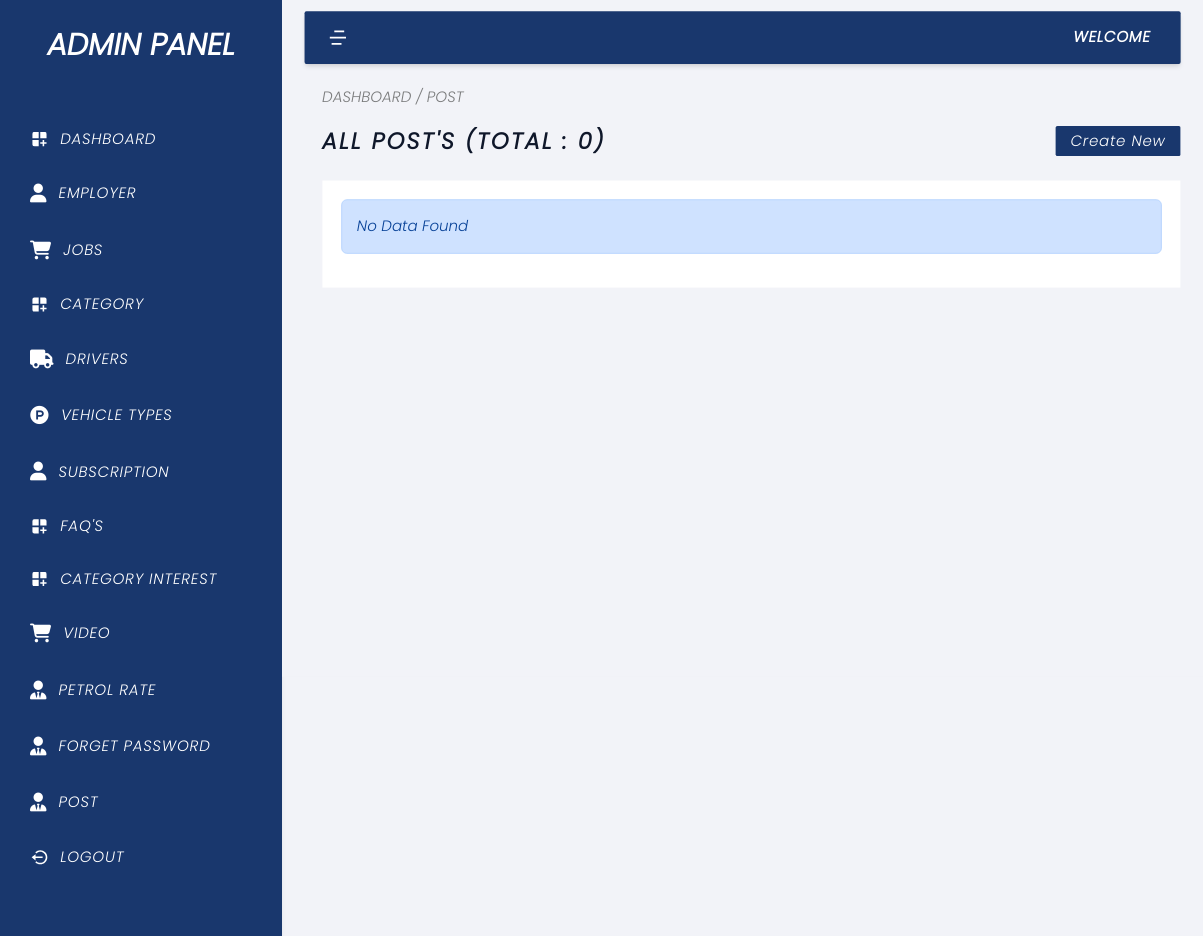
Repository: FlyweisReact/Grish-Job-Panel
Page: /post
An editor plug-in stored every save of this project. The page is shown before and after the next save, followed by the edit.
The browser window is 1280 px wide. The pictures show the whole page, at 94% of full size.
The page's requests for data from a server got no answer. Some web libraries are served in a nearby version. The project was rebuilt for these pictures with package versions that can differ from the ones it lists, and the page was loaded fresh each time. No one was signed in, and anything a server would have sent is missing. Also part of the build but not shown: src/E-CommerceAdmin/forms/Login.jsx, src/Repository/Employer.js, src/E-CommerceAdmin/pages/Dashboard.jsx, src/E-CommerceAdmin/pages/ECategory.js, src/E-CommerceAdmin/pages/EProduct.js, src/E-CommerceAdmin/pages/EAdminOrders.js, src/E-CommerceAdmin/pages/EAdminDelivery.js, src/E-CommerceAdmin/pages/EAdminCustomer.js and 9 more.

Above is the page before, as saved 2023-06-19 12:22:36.

### public/index.html
<!-- @format -->

<!DOCTYPE html>
<html lang="en">
  <head>
    <meta charset="utf-8" />
    <meta name="viewport" content="width=device-width, initial-scale=1" />
    <meta name="theme-color" content="#000000" />
    <meta
      name="description"
      content="Web site created using create-react-app"
    />
    <link rel="icon" href="%PUBLIC_URL%/favicon.png" />
    <link rel="preconnect" href="https://fonts.googleapis.com">
<link rel="preconnect" href="https://fonts.gstatic.com" crossorigin>
<link href="https://fonts.googleapis.com/css2?family=Roboto+Mono:ital,wght@1,300&display=swap" rel="stylesheet">
    <title>Gadi Driver</title>
  </head>
  <body>
    <noscript>You need to enable JavaScript to run this app.</noscript>
    <div id="root"></div>
    <script src="https://code.jquery.com/jquery-3.6.0.min.js"></script>
    <script src="https://kit.fontawesome.com/b533b351e4.js" crossorigin="anonymous"></script>
  </body>
</html>

### src/index.js
import React from "react";
import ReactDOM from "react-dom/client";
import "./index.css";
import App from "./App";
import { BrowserRouter } from "react-router-dom";
import 'bootstrap/dist/css/bootstrap.min.css'

const root = ReactDOM.createRoot(document.getElementById("root"));
root.render(
  <React.StrictMode>
    <BrowserRouter>
      <App />
    </BrowserRouter>
  </React.StrictMode>
);

### src/index.css
/** @format */

@tailwind base;
@tailwind components;
@tailwind utilities;

@import url("https://fonts.googleapis.com/css2?family=Roboto+Mono:ital,wght@1,300&display=swap");
@font-face {
  font-family: Roboto;
  src: url("./Fonts/Poppins-LightItalic.ttf");
}

body {
  margin: 0;
  font-family: Roboto !important;
  -webkit-font-smoothing: antialiased;
  -moz-osx-font-smoothing: grayscale;
}

code {
  font-family: Roboto !important;
}

html {
  font-family: Roboto !important;
}

::-webkit-scrollbar {
  width: 10px;
}
.fa-trash {
  color: red;
  cursor: pointer;
}

.iCOn {
  transition: 0.5s;
  box-shadow: none;
  transform: scale(1);
}
.cardDiv {
  cursor: pointer;
}

.cardDiv:hover .iCOn {
  box-shadow: rgba(0, 0, 0, 0.35) 0px 5px 15px;
  transform: scale(1.3);
}

/* Track */
::-webkit-scrollbar-track {
  background: #f1f1f1;
}

/* Handle */
::-webkit-scrollbar-thumb {
  background: #888;
}

/* Handle on hover */
::-webkit-scrollbar-thumb:hover {
  background: #555;
}
.profileImage {
  width: 100px;
}
.fa-eye {
  color: #029aff;
  cursor: pointer;
}
.fa-edit {
  cursor: pointer;
  color: blue;
}

.View {
  border: 1px solid black;
  width: 100%;
  padding: 10px;
}

.main-card--container {
  display: grid;
  grid-template-columns: repeat(3, minmax(300px, 500px));
  grid-gap: 50px;
  justify-content: space-around;
}
.card-container {
  margin: 25px 0 auto;
  box-shadow: rgba(0, 0, 0, 0.35) 0px 5px 15px;
  position: relative;
  display: grid;
  grid-template-columns: 1fr;
  justify-content: space-around;
  align-items: flex-start;
}

.myEdit:focus {
  box-shadow: rgba(0, 0, 0, 0.35) 0px 5px 15px;
}

.AstroLogin {
  color: #fff;
  background-color: #2b7a8e;
  padding: 10px;
  width: 380px;
  text-align: center;
  font-size: 20px;
  background: linear-gradient(to left, #2b7a8e 50%, #fff 50%) right;
  background-size: 200%;
  transition: 0.5s ease-out;
  border: 1px solid #2b7a8e;
  margin-top: 10px;
  text-transform: uppercase;
}
.AstroLogin:hover {
  background-position: left;
  color: #2b7a8e;
}

.EcommerceAdminLogin {
  color: #fff;
  background-color: #19376d;
  padding: 10px;
  width: 380px;
  text-align: center;
  font-size: 20px;
  background: linear-gradient(to left, #19376d 50%, #fff 50%) right;
  background-size: 200%;
  transition: 0.5s ease-out;
  border: 1px solid #19376d;
  margin-top: 10px;
  text-transform: uppercase;
}

.EcommerceAdminLogin:hover {
  background-position: left;
  color: #19376d;
}
.EcommerceVendorLogin {
  color: #fff;
  background-color: #576cbc;
  padding: 10px;
  width: 380px;
  text-align: center;
  font-size: 20px;
  background: linear-gradient(to left, #576cbc 50%, #fff 50%) right;
  background-size: 200%;
  transition: 0.5s ease-out;
  border: 1px solid #576cbc;
  margin-top: 10px;
  text-transform: uppercase;
}

.EcommerceVendorLogin:hover {
  background-position: left;
  color: #576cbc;
}

.view {
  background-color: #2196f3;
  color: #fff;
  width: 50%;
  padding: 5px;
}

.two-sec {
  display: flex;
  justify-content: space-evenly;
  justify-content: space-evenly;
}
.two-sec .left {
  width: 60%;
  background-color: #f6f1ef;
  padding: 20px;
}
.two-sec .left .head {
  font-size: 25px;
  font-weight: bold;
}

.two-sec .right {
  width: 30%;
  background-color: #f6f1ef;
}

.searchDiv {
  width: 100%;
  display: flex;
  gap: 10px;
  border: 1px solid rgb(179, 179, 179);
  padding: 10px;
  margin-bottom: 20px;
  align-items: center;
}
.searchDiv input {
  width: 94%;
  outline: none;
  border: none;
}

.flexCont {
  display: flex;
  align-items: center;
  gap: 10px;
}
.flexCont img {
  width: 60px;
  background-color: #e9ecef;
}

.blockContent {
  display: block;
}
.blockContent p {
  margin: 0;
}

.checkBox {
  width: 50px;
  height: 25px;
  background-color: #e9ecef;
  border-radius: 50px;
  position: relative;
  cursor: pointer;
}
.checkBox span {
  width: 20px;
  height: 20px;
  border-radius: 100%;
  background-color: #fff;
  position: absolute;
  left: 5px;
  top: 2px;
}
.ActivecheckBox {
  width: 50px;
  height: 25px;
  background-color: #0d6efd;
  border-radius: 50px;
  position: relative;
  cursor: pointer;
}
.ActivecheckBox span {
  width: 20px;
  height: 20px;
  border-radius: 100%;
  background-color: #fff;
  position: absolute;
  right: 5px;
  top: 2px;
}

.fa-eye {
  color: #0cba73;
  background-color: #d6f8e8;
  width: 40px;
  text-align: center;
  height: 40px;
  display: flex;
  border-radius: 100%;
  justify-content: center;
  padding-top: 10px;
  transition: 0.5s;
}

.fa-pen-to-square {
  color: #f4c39c;
  background-color: #ffebdb;
  width: 40px;
  text-align: center;
  height: 40px;
  display: flex;
  border-radius: 100%;
  justify-content: center;
  padding-top: 10px;
  cursor: pointer;
  transition: 0.5s;
}
.fa-trash {
  color: #df939f;
  background-color: #ffe1e8;
  width: 40px;
  text-align: center;
  height: 40px;
  display: flex;
  border-radius: 100%;
  justify-content: center;
  padding-top: 10px;
  cursor: pointer;
  transition: 0.5s;
}
.fa-trash:hover {
  transform: scale(1.2);
}
.fa-eye:hover {
  transform: scale(1.2);
}
.fa-pen-to-square:hover {
  transform: scale(1.2);
}
.required {
  color: #e74260;
}

.headP {
  margin-left: 2%;
  color: #7b7c7d;
  text-transform: uppercase;
}
.filterBox {
  display: flex;
  align-items: center;
  gap: 10px;
  border-bottom: 1px solid #d4d7dc;
  padding-bottom: 20px;
  margin-bottom: 20px;
}
.filterBox img {
  width: 30px;
}
.filterBox input {
  width: 100%;
  border: 1px solid #d4d7dc;
  outline: none;
  padding: 5px;
  color: black;
}
.sectionCont {
  width: 98%;
  background-color: #fff;
  margin-left: 2%;
  padding: 20px;
}

.overFlowCont {
  width: 100%;
  overflow-x: auto;
}

.logo {
  width: 300px;
  margin-bottom: 20px;
}

.updateProfile {
  margin-left: 20px;
  border: 1px solid #fff;
  border-radius: 100%;
  font-size: 1.2rem;
  padding: 10px;
  transition: 0.5s;
  cursor: pointer;
}
.updateProfile:hover {
  border: 1px solid #19376d;
  color: #19376d;
  background-color: #fff;
}

.Normalbtn {
  background-color: #19376d !important;
  border: 1px solid #19376d !important;
  border-radius: 0px !important;
}

.ImageCarousel {
  width: 150px !important;
  margin: 0px !important;
  height: 150px !important;
}
.CarouselImages {
  width: 150px !important;
  height: 150px !important;
}
.CarouselImages img {
  width: 100% !important;
  height: 100% !important;
}

.ModalCarousel {
  width: 100% !important;
  height: 500px !important;
}
.ModalCarousel {
  width: 100% !important;
  height: 500px !important;
}
.ModalCarousel img {
  width: 100% !important;
  height: 500px !important;
}

.gridCont {
  display: grid;
  grid-template-columns: auto auto auto;
  justify-content: space-evenly;
}
.gridCont div {
  width: 400px;
  height: 300px;
  box-shadow: rgba(0, 0, 0, 0.35) 0px 5px 15px;
  padding: 10px;
  position: relative;
  margin-top: 20px;
}
.gridCont div img {
  width: 100%;
}
.delete-Btn {
  width: 90%;
  margin-left: 2%;
  color: #c44b3f;
  border: 1px solid #c44b3f;
  position: absolute;
  bottom: 10px;
  transition: 0.5s;
  padding: 10px;
}

.delete-Btn:hover {
  background-color: #c44b3f;
  color: #fff;
}

.BannerCarousel {
  width: 300px;
  margin: 0px !important;
}
.BannerCarouselImage {
  width: 300px;
}
.BannerCarouselImage img {
  width: 100%;
}

.pagination {
  display: flex;
  justify-content: center;
  align-items: center;
  gap: 10px;
  margin-bottom: 20px;
}
.pagination button {
  border: 1px solid black;
  padding: 10px;
}

.activePage {
  background-color: #19376d;
  color: #fff;
  border: 1px solid #19376d !important;
}

.active {
  background-color: #fff;
  color: #19376d !important;
}
.prevBtn {
  background-color: #fff;
  color: #19376d;
  border: 1px solid #19376d !important;
  transition: 0.5s;
}

.prevBtn:hover,
.prevBtn:focus,
.prevBtn:active {
  background-color: #19376d;
  color: #fff;
  border: 1px solid #19376d !important;
}
.nextBtn {
  background-color: #fff;
  color: #19376d;
  border: 1px solid #19376d !important;
  transition: 0.5s;
}

.nextBtn:hover,
.nextBtn:focus,
.nextBtn:active {
  background-color: #19376d;
  color: #fff;
  border: 1px solid #19376d !important;
}

.dangerBox {
  position: relative;
}
.dangerBox i {
  position: absolute;
  top: 50%;
  left: 90%;
  transform: translate(-50%, -50%);
  cursor: pointer;
}

.Thrree {
  display: flex;
  justify-content: space-evenly;
  gap: 20px;
  flex-wrap: wrap;
  align-items: center;
  margin-bottom: 20px;
}
.Thrree img {
  position: absolute;
  width: 80%;
  top: 50%;
  left: 50%;
  transform: translate(-50%, -50%);
}
.Thrree div {
  position: relative;
  height: 300px;
  width: 200px;
}

### src/App.js
/** @format */

import { Routes, Route } from "react-router-dom";
import { ToastContainer } from "react-toastify";
import "react-toastify/dist/ReactToastify.css";
import Login from "./E-CommerceAdmin/forms/Login";
import Dashboard from "./E-CommerceAdmin/pages/Dashboard";
import ECategory from "./E-CommerceAdmin/pages/ECategory";
import EProduct from "./E-CommerceAdmin/pages/EProduct";
import EAdminOrders from "./E-CommerceAdmin/pages/EAdminOrders";
import EAdminDelivery from "./E-CommerceAdmin/pages/EAdminDelivery";
import EAdminCustomer from "./E-CommerceAdmin/pages/EAdminCustomer";
import EAdmin from "./E-CommerceAdmin/pages/EAdmin";
import ESubCategory from "./E-CommerceAdmin/pages/ESubCategory";
import PushNotification from "./E-CommerceAdmin/pages/PushNotification";
import Coupon from "./E-CommerceAdmin/pages/Coupon";
import GetMeThis from "./E-CommerceAdmin/pages/GetMeThis";
import PrivacyPolicy from "./E-CommerceAdmin/pages/PrivacyPolicy";
import JobsDetails from "./E-CommerceAdmin/pages/JobsDetails";
import DriverDetails from "./E-CommerceAdmin/pages/DriverDetails";
import Post from "./E-CommerceAdmin/pages/Post";
import Notification from "./E-CommerceAdmin/pages/Notification";

function App() {
  return (
    <>
      <ToastContainer />
      <Routes>
        <Route path="/" element={<Login />} />
        <Route path="/Admin" element={<EAdmin />} />
        <Route path="/Customer" element={<EAdminCustomer />} />
        <Route path="/jobs/:id" element={<JobsDetails />} />
        <Route path="/Category" element={<ECategory />} />
        <Route path="/Support" element={<EAdminDelivery />} />
        <Route path="/driver/:id" element={<DriverDetails />} />
        <Route path="/Product" element={<EProduct />} />
        <Route path="/pushNotification" element={<PushNotification />} />
        <Route path="/coupon" element={<Coupon />} />
        <Route path="/getMeThis" element={<GetMeThis />} />
        <Route path="/Orders" element={<EAdminOrders />} />
        <Route path="/privacy" element={<PrivacyPolicy />} />
        <Route path="/dashboard" element={<Dashboard />} />
        <Route path="/SubCategory" element={<ESubCategory />} />
        <Route path="/post" element={<Post />} />

        <Route path="/notification" element={<Notification />} />

      </Routes>
    </>
  );
}

export default App;

### src/E-CommerceAdmin/layout/HOC.jsx
/** @format */

import React, { useState } from "react";
import Navbar from "./Navbar";
import Sidebar from "./Sidebar";

const HOC = (Wcomponenet) => {
  return function Component() {
    const [hamb, setHamb] = useState(false);
    return (
      <>
        <section
          className="flex overflow-x-hidden relative "
          style={{ backgroundColor: "#f2f3f8" }}
        >
          {/* Sidebar */}
          <div
            className={
              hamb
                ? " absolute top-0 z-30 md:w-auto shadow-md bg-slate-200  w-60 transition-all md:-left-full left duration-150  h-auto overflow-y-auto  left-0 "
                : " md:w-72 z-30 bg-slate-200  shadow-md  md:static absolute top-0 -left-full   transition-all duration-150  overflow-y-auto h-auto"
            }
            style={{ minWidth: "300px" }}
          >
            <Sidebar hamb={hamb} setHamb={setHamb} />
          </div>
          {/* Components & Navbar */}
          <div
            className={
              hamb
                ? " transition-all px-4 py-2  duration-150 w-full h-screen"
                : " w-full h-screen  px-4 py-2   z-50 transition-all duration-150 "
            }
            style={{ backgroundColor: "#f2f3f8" }}
          >
            <Navbar hamb={hamb} setHamb={setHamb} />
            <div className="my-6 text-#000 h-[87%] wcomp overflow-y-auto">
              {" "}
              <Wcomponenet />
            </div>
          </div>
        </section>
      </>
    );
  };
};

export default HOC;

### src/E-CommerceAdmin/layout/Navbar.jsx
/** @format */

import { RiMenu4Line } from "react-icons/ri";

const Navbar = ({ hamb, setHamb }) => {
  const AdminName = localStorage.getItem("AdminName")
  return (
    <>
      <div
        className={
          hamb
            ? "flex  w-full justify-between  my-1 rounded-sm  p-4 py-3 shadow-md items-center  bg-slate-200 space-x-4"
            : "flex  w-full justify-between my-1 rounded-sm  p-4 py-3 shadow-md items-center  bg-slate-200 space-x-4"
        }
        style={{ backgroundColor: "#19376d" }}
      >
        <RiMenu4Line
          onClick={() => setHamb(!hamb)}
          className="text-2xl font-bold text-gray-900 hover:scale-90 cursor-pointer"
          style={{ color: "#fff" }}
        />

        <section className="flex sm:ml-auto justify-end sm:w-full items-center space-x-2  pr-2">
          <figcaption className="tracking-wider pl-1 font-semibold">
            <div
              className="lg:text-base text-sm text-gray-900  uppercase"
              style={{ color: "#fff" }}
            >
              Welcome {AdminName}
            </div>
          </figcaption>
        </section>
      </div>
    </>
  );
};

export default Navbar;

### src/E-CommerceAdmin/layout/Sidebar.jsx
/** @format */

import React from "react";
import { RiCloseLine } from "react-icons/ri";
import { Link, useNavigate } from "react-router-dom";
import { BiLogOutCircle } from "react-icons/bi";
import { MdDashboardCustomize } from "react-icons/md";

const Sidebar = ({ hamb, setHamb }) => {
  const navigate = useNavigate();

  const nav = [
    {
      icon: <MdDashboardCustomize className="text-xl mr-3 rounded-full " />,
      link: "/dashboard ",
      name: "Dashboard",
    },
    {
      icon: <i className="fa-solid fa-user text-xl mr-3 rounded-full"></i>,
      link: "/Admin",
      name: "Employer",
    },
    {
      icon: (
        <i className="fa-solid fa-cart-shopping text-xl mr-3 rounded-full"></i>
      ),
      link: "/Customer",
      name: "Jobs",
    },

    {
      icon: <MdDashboardCustomize className="text-xl mr-3 rounded-full " />,
      link: "/Category",
      name: "Category",
    },
    {
      icon: <i className="fa-solid fa-truck  text-xl mr-3 rounded-full"></i>,
      link: "/Support",
      name: "Drivers",
    },

    {
      icon: (
        <i className="fa-brands fa-product-hunt text-xl mr-3 rounded-full"></i>
      ),
      link: "/Product",
      name: "Vehicle Types",
    },

    {
      icon: <i className="fa-solid fa-user text-xl mr-3 rounded-full"></i>,
      link: "/pushNotification",
      name: "Subscription",
    },

    {
      icon: <MdDashboardCustomize className="text-xl mr-3 rounded-full " />,
      link: "/coupon",
      name: "FAQ'S",
    },
    {
      icon: <MdDashboardCustomize className="text-xl mr-3 rounded-full " />,
      link: "/getMeThis",
      name: "Category Interest",
    },

    {
      icon: (
        <i className="fa-solid fa-cart-shopping text-xl mr-3 rounded-full"></i>
      ),
      link: "/Orders",
      name: "Video",
    },

    {
      icon: <i className="fa-solid fa-user-tie text-xl mr-3 rounded-full"></i>,
      link: "/privacy",
      name: "Petrol Rate",
    },
    {
      icon: <i className="fa-solid fa-user-tie text-xl mr-3 rounded-full"></i>,
      link: "/SubCategory",
      name: "Forget Password",
    },
    {
      icon: <i className="fa-solid fa-user-tie text-xl mr-3 rounded-full"></i>,
      link: "/post",
      name: "Post",
    },
  ];

  const logOut = () => {
    localStorage.clear();
    navigate("/");
  };

  return (
    <>
      <aside
        className="p-4 h-auto"
        style={{ backgroundColor: "#19376d", minHeight: "100vh" }}
      >
        {/* Top */}
        <div className="w-full md:hidden relative  p-2 mb-4">
          <RiCloseLine
            onClick={() => setHamb(!hamb)}
            className="text-3xl  absolute top-2 sm:hover:rotate-[228deg] transition-transform font-bold right-2 sm:hover:text-[22px] text-[rgb(241,146,46)] cursor-pointer"
          />
        </div>{" "}
        <figure className="flex  flex-col items-center">
          <span
            className="font-bold text-[#fff]"
            style={{
              fontSize: "2rem",
              textAlign: "center",
              textTransform: "uppercase",
            }}
          >
            {" "}
            ADMIN PANEL
          </span>
        </figure>
        <nav className="py-6">
          {nav.map((nav) => {
            return (
              <Link
                to={nav.link}
                key={nav.name}
                className=""
                style={{ textDecoration: "none", textTransform: "uppercase" }}
              >
                <span
                  className="flex my-3 items-center cursor-pointer text-gray-900    tracking-wider p-2 rounded-sm"
                  style={{ color: "#FFF" }}
                >
                  {nav.icon} {nav.name}
                </span>
              </Link>
            );
          })}
          <span
            className="flex my-3 items-center cursor-pointer text-gray-900    tracking-wider p-2 rounded-sm"
            onClick={() => logOut()}
            style={{ color: "#FFF", textTransform: "uppercase" }}
          >
            <BiLogOutCircle className="text-xl mr-3 rounded-full " /> LogOut
          </span>
        </nav>
      </aside>
    </>
  );
};

export default Sidebar;

Loaded but not shown: tailwind.config.js (common file); src/E-CommerceAdmin/pages/Post.js (311 lines, source omitted)

After the next save:
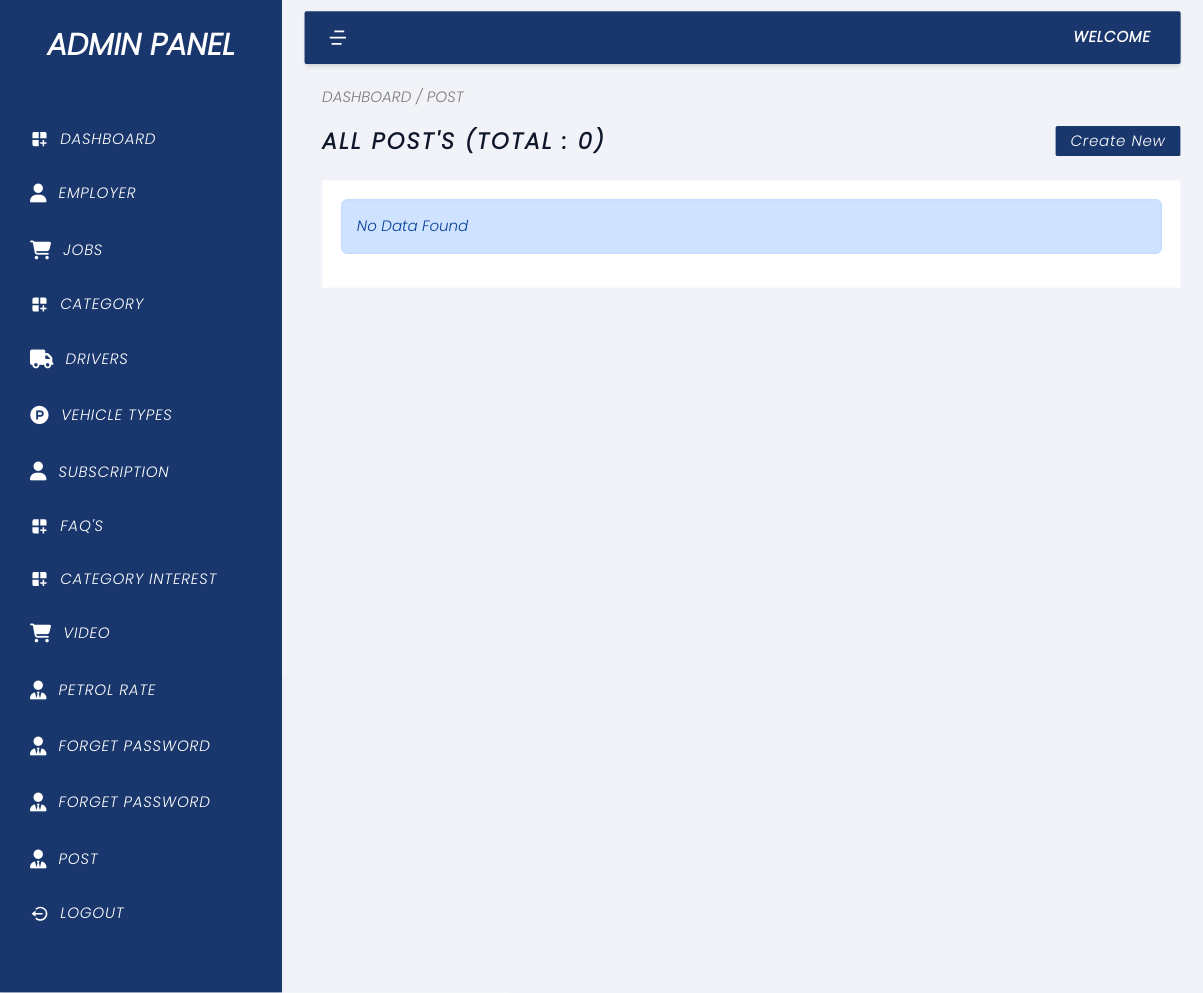
Saved 15 s later.
--- a/src/E-CommerceAdmin/layout/Sidebar.jsx
+++ b/src/E-CommerceAdmin/layout/Sidebar.jsx
@@ -84,6 +84,11 @@ const Sidebar = ({ hamb, setHamb }) => {
     },
     {
       icon: <i className="fa-solid fa-user-tie text-xl mr-3 rounded-full"></i>,
+      link: "/SubCategory",
+      name: "Forget Password",
+    },
+    {
+      icon: <i className="fa-solid fa-user-tie text-xl mr-3 rounded-full"></i>,
       link: "/post",
       name: "Post",
     },
